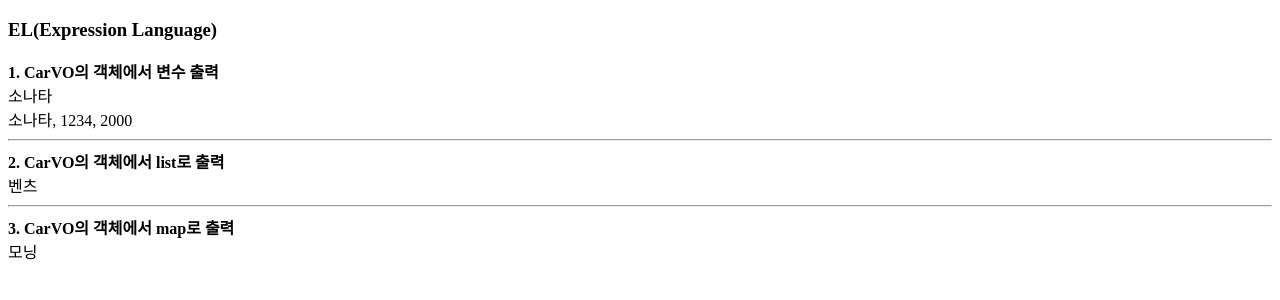
Repository: dhalfks/jsp_230602
Page: http://localhost/jstl_study/step1.jsp
An editor plug-in stored every save of this project. The page is shown before and after the next save, followed by the edit.
The browser window is 1280 px wide. The pictures show the whole page.
The page is served by Tomcat 9. Other server files are loaded and not shown.

Above is the page before, as saved 2023-05-09 06:31:57.

### jstl_project/jstl_study/src/main/webapp/step1.jsp
<%@ page import="model.CarVO" %>
<%@ page import="java.util.ArrayList" %>
<%@ page import="java.util.HashMap" %>
<%@ page language="java" contentType="text/html; charset=UTF-8"
    pageEncoding="UTF-8"%>

<!DOCTYPE html>
<html>
<head>
<meta charset="UTF-8">
<title>EL연습</title>
</head>
<body>
	<h3>EL(Expression Language)</h3>
	<%
		CarVO car = new CarVO("1234","소나타",2000);
		//request.setAttribute : request객체에 값을 저장하는 역할
		//request.getAttribute : request객체에 값을 가져오는 역할
		//request.setAttribute("변수명", 값);
		request.setAttribute("cvo", car);
	%>

	<!-- 변수 출력 -->
	<strong>1. CarVO의 객체에서 변수 출력</strong> <br>
	<!-- 방법 1 : requestScope를 사용 -->
	${requestScope.cvo.name } <br>

	<!-- 방법 2 : requestScope (생략가능) -->
	${cvo.name },  ${cvo.num },  ${cvo.price }<br>

	<hr>

	<!-- 리스트로 변수 출력 -->
	<%
		ArrayList<CarVO> list = new ArrayList<CarVO>();
		list.add(new CarVO("4567","벤츠",5000));
		session.setAttribute("carList", list);
	%>
	<strong>2. CarVO의 객체에서 list로 출력</strong> <br>
	${sessionScope.carList[0].name }<br>
	<hr>

	<!-- 해쉬맵으로 변수를 출력  key: car1, value: instance  -->
	<%
		HashMap<String, CarVO> map = new HashMap<>();
		map.put("car1", new CarVO("1111","모닝",800));
		request.setAttribute("carMap", map);
	%>

	<strong>3. CarVO의 객체에서 map로 출력</strong> <br>
	${requestScope.carMap.car1.name }

</body>
</html>

### jstl_project/jstl_study/src/main/java/model/CarVO.java
package model;

public class CarVO {

	//num, name, price
	private String num;
	private String name;
	private int price;

	public CarVO() {}

	public CarVO(String num, String name, int price) {
		this.num = num;
		this.name = name;
		this.price = price;
	}

	public String getNum() {
		return num;
	}

	public void setNum(String num) {
		this.num = num;
	}

	public String getName() {
		return name;
	}

	public void setName(String name) {
		this.name = name;
	}

	public int getPrice() {
		return price;
	}

	public void setPrice(int price) {
		this.price = price;
	}

}

After the next save:
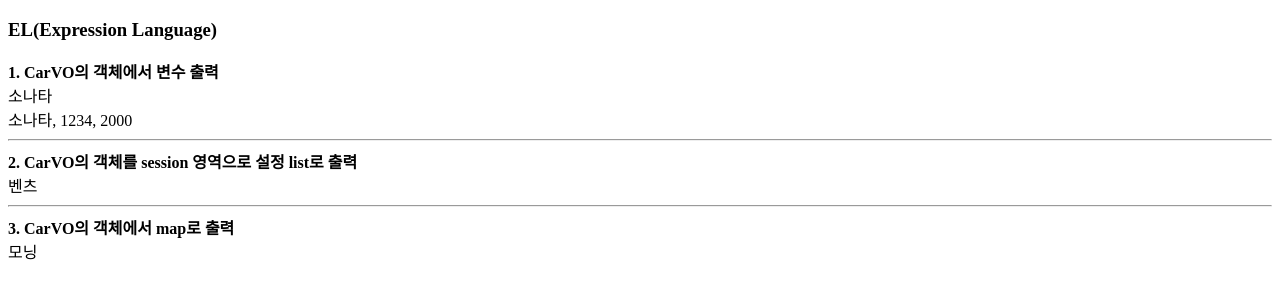
Saved 34 s later.
--- a/jstl_project/jstl_study/src/main/webapp/step1.jsp
+++ b/jstl_project/jstl_study/src/main/webapp/step1.jsp
@@ -36,7 +36,7 @@
 		list.add(new CarVO("4567","벤츠",5000));
 		session.setAttribute("carList", list);
 	%>
-	<strong>2. CarVO의 객체에서 list로 출력</strong> <br>
+	<strong>2. CarVO의 객체를 session 영역으로 설정 list로 출력</strong> <br>
 	${sessionScope.carList[0].name }<br>
 	<hr>
 
